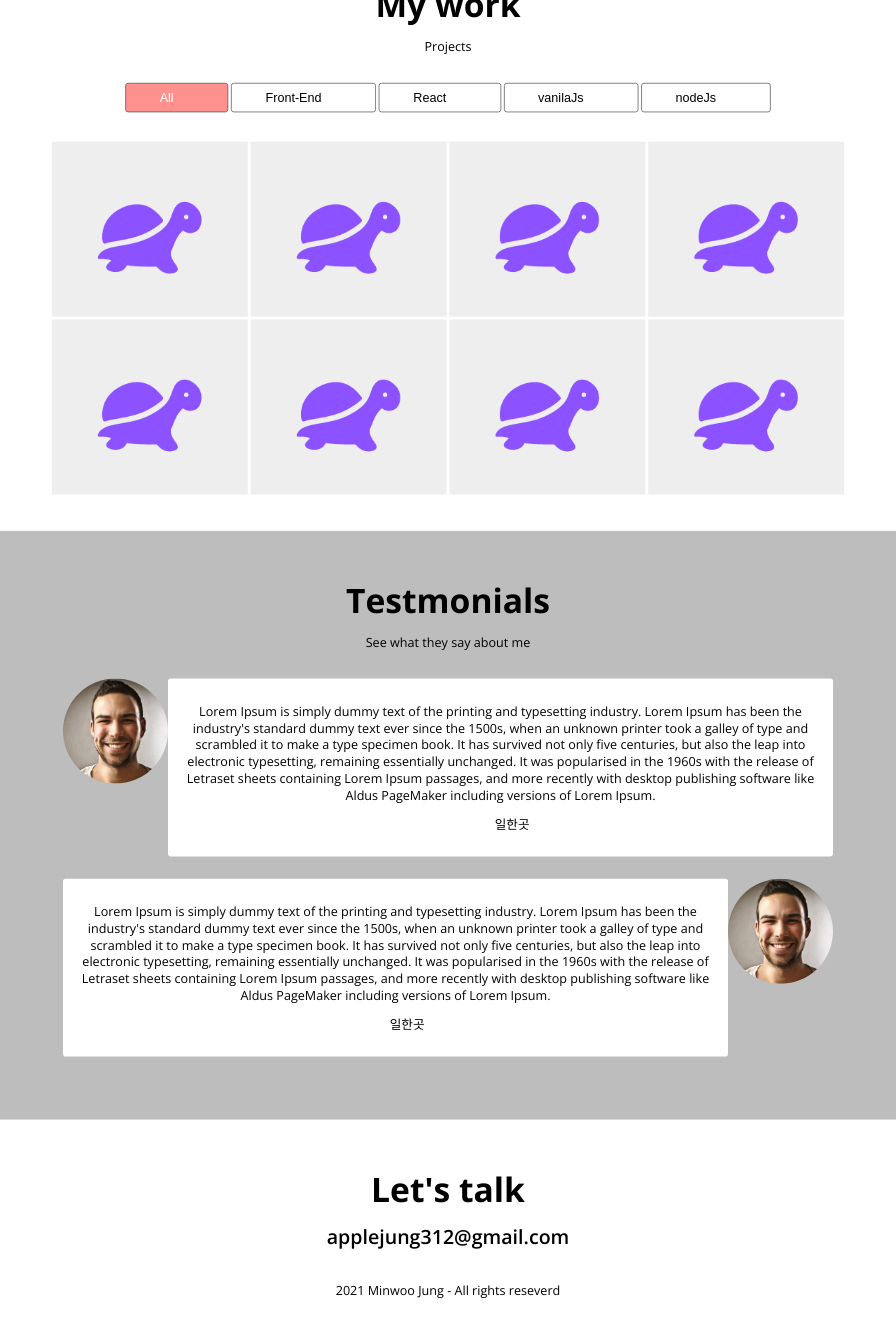
Repository: DevMinwoo-Jung/MinwooPortfolio
Page: index.html
An editor plug-in stored every save of this project. The page is shown before and after the next save, followed by the edit.
The browser window is 1280 px wide. The pictures show the part of the page from y = 4159 to 6079 px (the page is 6079 px tall), at 70% of full size.

Above is the page before, as saved 2021-06-01 10:52:22.

After the next save:
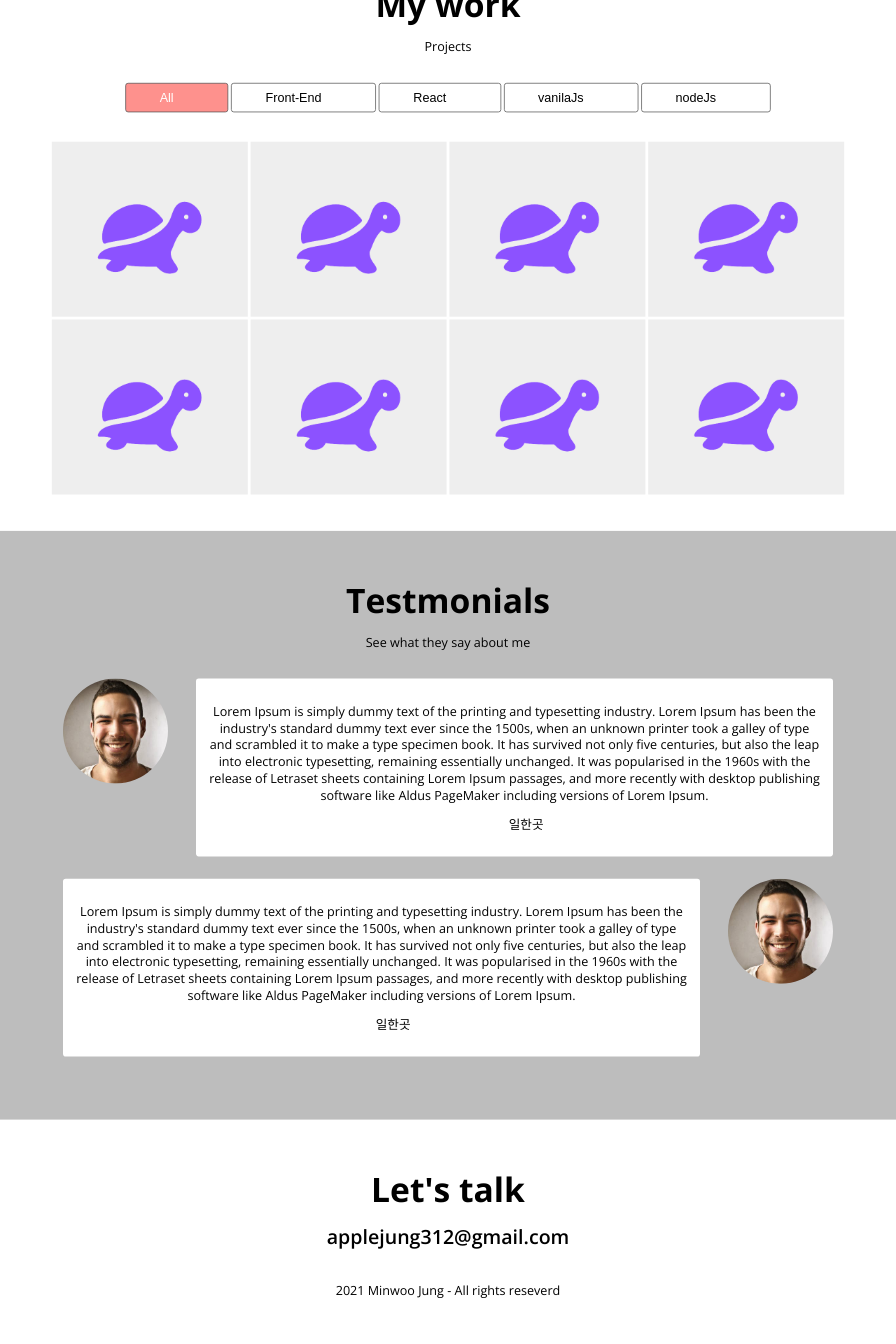
Saved 24 s later.
--- a/style.css
+++ b/style.css
@@ -408,11 +408,11 @@ button {
   border-radius: 50%;
 }
 
-.testimonal__avatar:nth-child(odd) {
+.testimonial__avatar:nth-child(odd) {
   margin-right: 40px;
 }
 
-.testimonal__avatar:nth-child(even) {
+.testimonial__avatar:nth-child(even) {
   margin-left: 40px;
 }
 
